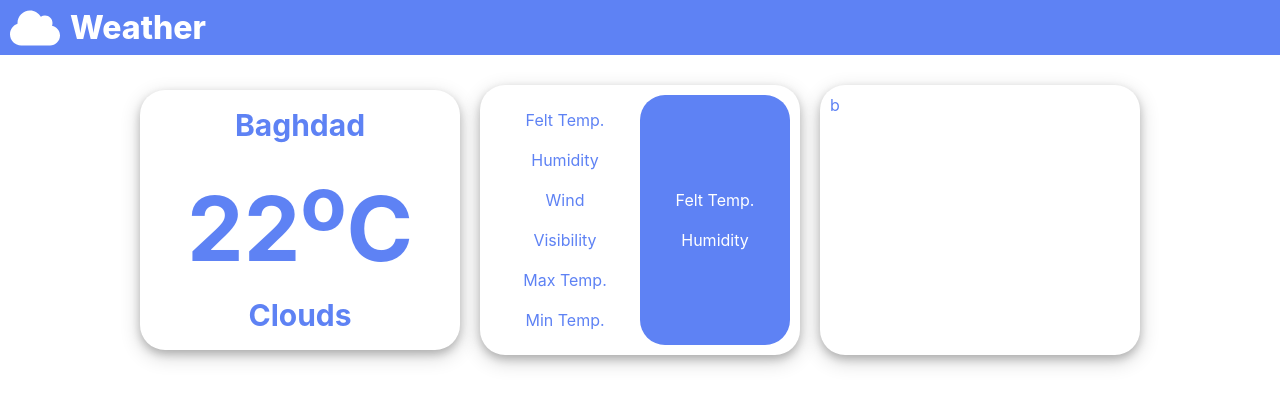
Repository: ahmedazawi/weather-app
Page: /
The author's editor kept a copy of each file at every save. The page is drawn from the files as they stood at one save, then again after the next save.
The browser window is 1280 px wide. The pictures show the whole page.
The project was rebuilt for these pictures with package versions that can differ from the ones it lists, and the page was loaded fresh each time.

Above is the page before, as saved 2022-11-29 21:59:56.

### src/App.js
import "./App.css";
import Header from "./layout/Header";
import Details from "./components/Details";
function App() {
  return (
    <div className="App">
      <Header />
      <Details />
    </div>
  );
}

export default App;

### src/App.css
body {
  --primaryColor: #5e82f4;
  --borderRadius: 25px;
}

.nav {
  display: flex;
  align-items: center;
  height: 55px;
  background-color: var(--primaryColor);
}

### src/layout/Header.js
import React from "react";
import { FontAwesomeIcon } from "@fortawesome/react-fontawesome";
import { faCloud } from "@fortawesome/free-solid-svg-icons";
const Header = () => {
  return (
    <div className="nav">
      <div>
        <FontAwesomeIcon
          className="f-icon"
          icon={faCloud}
          color="White"
          style={{ marginLeft: "10px", fontSize: "40px" }}
        />
      </div>

      <h1 style={{ color: "white", marginLeft: "10px", fontWeight: "800" }}>
        Weather
      </h1>
    </div>
  );
};

export default Header;

### src/components/Details.js
import React from "react";
import "../assets/css/details.css";
const Details = () => {
  return (
    <div className="main">
      <div className="big-cards">
        <div>
          <div>Baghdad</div>
          <div
            style={{
              fontSize: "90px",
            }}
          >
            22<sup>o</sup>C
          </div>
          <div>Clouds</div>
        </div>
        <div>
          <div className="line-a">
            <span>Felt Temp.</span>
            <span>Humidity</span>
            <span>Wind</span>
            <span>Visibility</span>
            <span>Max Temp.</span>
            <span>Min Temp.</span>
          </div>
          <div className="line-b">
            <span>Felt Temp.</span>
            <span>Humidity</span>
          </div>
        </div>
        <div>b</div>
      </div>
    </div>
  );
};

export default Details;

### src/assets/css/details.css
.main {
  width: 100%;
  display: flex;
  flex-direction: column;
}

.big-cards {
  width: 100%;
  min-height: fit-content;
  display: flex;
  flex-direction: row;
  flex-wrap: wrap;
  gap: 20px;
  align-items: center;
  justify-content: center;
  margin-top: 30px;
  color: var(--primaryColor);
}
.big-cards > div {
  width: 300px;
  height: 250px;
  background-color: white;
  padding: 10px;
  border-radius: var(--borderRadius);
  box-shadow: 0 4px 8px 0 rgba(0, 0, 0, 0.2), 0 6px 20px 0 rgba(0, 0, 0, 0.19);
}
.big-cards > div:first-child {
  display: flex;
  flex-direction: column;
  align-items: center;
  height: 100%;
}
.big-cards > div:first-child > div {
  font-size: 30px;
  font-weight: bold;
  margin: 7px 0;
}
.big-cards > div:nth-child(2) {
  display: flex;
  flex-direction: row;
  justify-content: space-between;
}
.big-cards > div:nth-child(2) > div {
  display: flex;
  flex-direction: column;
  align-items: center;
  justify-content: center;
  width: 50%;
}
.big-cards > div:nth-child(2) > div > span {
  margin: 10px 0;
}

.line-b {
  color: white;
  background-color: var(--primaryColor);
  border-radius: var(--borderRadius);
}

Loaded but not shown: public/index.html (common file); src/index.js (common file); src/index.css (common file)

After the next save:
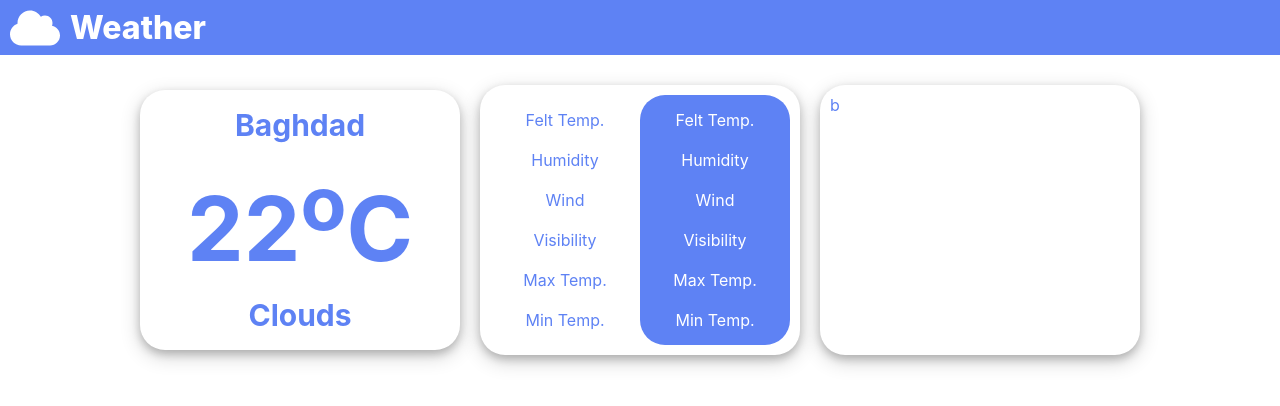
Saved 38 s later.
--- a/src/components/Details.js
+++ b/src/components/Details.js
@@ -27,6 +27,10 @@ const Details = () => {
           <div className="line-b">
             <span>Felt Temp.</span>
             <span>Humidity</span>
+            <span>Wind</span>
+            <span>Visibility</span>
+            <span>Max Temp.</span>
+            <span>Min Temp.</span>
           </div>
         </div>
         <div>b</div>
